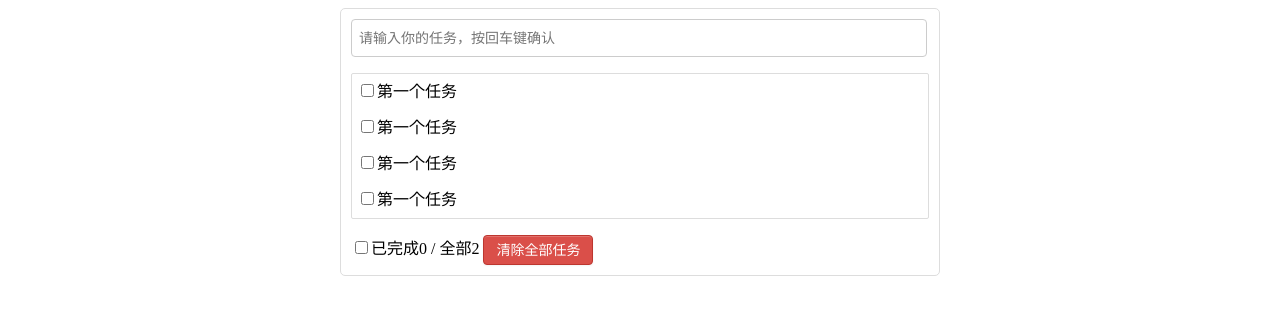
Repository: Lixianlai-2/The-journey-of-learning-Vue
Page: / (app in afterVueCli/Vue_Test/)
These files come from the project's save history. The page is drawn as it stood at one moment and after the next save; the edit follows.
The browser window is 1280 px wide. The pictures show the whole page.
The project was rebuilt for these pictures with package versions that can differ from the ones it lists, and the page was loaded fresh each time.

Above is the page before, as saved 2022-04-14 19:56:30.

### afterVueCli/Vue_Test/src/main.js
import Vue from "vue";
import App from "./App.vue";

// 关闭生产模式提醒
Vue.config.productionTip = false;

new Vue({
  render: (h) => h(App),
}).$mount("#app");

### afterVueCli/Vue_Test/src/App.vue
<template>
  <div id="root">
    <div class="root">
      <div class="todo-container">
        <div class="todo-wrap">
          <myHeader />
          <myList />
          <myFooter />
        </div>
      </div>
    </div>
  </div>
</template>

<script>
import myHeader from "./components/myHeader.vue";
import myFooter from "./components/myFooter.vue";
import myList from "./components/myList.vue";

export default {
  name: "Root",
  components: {
    myHeader,
    myFooter,
    myList,
  },
};
</script>

<style lang="less">
/* 注意在App.vue里面，不用加scoped，因为这些样式要全局应用 */
/*base*/
body {
  background: #fff;
}
.btn {
  display: inline-block;
  padding: 4px 12px;
  margin-bottom: 0;
  font-size: 14px;
  line-height: 20px;
  text-align: center;
  vertical-align: middle;
  cursor: pointer;
  box-shadow: inset 0 1px 0 rgba(255, 255, 255, 0.2),
    0 1px 2px rgba(0, 0, 0, 0.05);
  border-radius: 4px;
}
.btn-danger {
  color: #fff;
  background-color: #da4f49;
  border: 1px solid #bd362f;
}
.btn-danger:hover {
  color: #fff;
  background-color: #bd362f;
}
.btn:focus {
  outline: none;
}
.todo-container {
  width: 600px;
  margin: 0 auto;
}
.todo-container .todo-wrap {
  padding: 10px;
  border: 1px solid #ddd;
  border-radius: 5px;
}
</style>

### afterVueCli/Vue_Test/src/components/myHeader.vue
<template>
  <div>
    <div class="todo-header">
      <input type="text" placeholder="请输入你的任务，按回车键确认" />
    </div>
  </div>
</template>

<script>
export default {
  name: "Header",
};
</script>

<style scoped>
/*header*/
.todo-header input {
  width: 560px;
  height: 28px;
  font-size: 14px;
  border: 1px solid #ccc;
  border-radius: 4px;
  padding: 4px 7px;
}

.todo-header input:focus {
  outline: none;
  border-color: rgba(82, 168, 236, 0.8);
  box-shadow: inset 0 1px 1px rgba(0, 0, 0, 0.075),
    0 0 8px rgba(82, 168, 236, 0.6);
}
</style>

### afterVueCli/Vue_Test/src/components/myFooter.vue
<template>
  <div>
    <label>
      <input type="checkbox" />
    </label>
    <span> <span>已完成0</span> / 全部2 </span>
    <button class="btn btn-danger">清除全部任务</button>
  </div>
</template>

<script>
export default {
  name: "Footer",
};
</script>

<style scoped>
/*footer*/
.todo-footer {
  height: 40px;
  line-height: 40px;
  padding-left: 6px;
  margin-top: 5px;
}

.todo-footer label {
  display: inline-block;
  margin-right: 20px;
  cursor: pointer;
}

.todo-footer label input {
  position: relative;
  top: -1px;
  vertical-align: middle;
  margin-right: 5px;
}

.todo-footer button {
  float: right;
  margin-top: 5px;
}
</style>

### afterVueCli/Vue_Test/src/components/myList.vue
<template>
  <ul class="todo-main">
    <!-- 用props -->
    <myItem />
    <myItem />
    <myItem />
    <myItem />
  </ul>
</template>

<script>
import myItem from "./myItem.vue";

export default {
  name: "List",
  components: {
    myItem,
  },
};
</script>

<style scoped>
/*main*/
.todo-main {
  margin-left: 0px;
  border: 1px solid #ddd;
  border-radius: 2px;
  padding: 0px;
}

.todo-empty {
  height: 40px;
  line-height: 40px;
  border: 1px solid #ddd;
  border-radius: 2px;
  padding-left: 5px;
  margin-top: 10px;
}
</style>

### afterVueCli/Vue_Test/src/components/myItem.vue
<template>
  <div>
    <li>
      <label>
        <input type="checkbox" />
        <span>第一个任务</span>
      </label>
      <!-- 隐藏删除按钮 -->
      <button class="btn btn-danger" style="display: none">删除</button>
    </li>
  </div>
</template>

<script>
export default {
  name: "Item",
};
</script>

<style scoped>
/*item*/
li {
  list-style: none;
  height: 36px;
  line-height: 36px;
  padding: 0 5px;
  border-bottom: 1px solid #ddd;
}

li label {
  float: left;
  cursor: pointer;
}

li label li input {
  vertical-align: middle;
  margin-right: 6px;
  position: relative;
  top: -1px;
}

li button {
  float: right;
  display: none;
  margin-top: 3px;
}

li:before {
  content: initial;
}

li:last-child {
  border-bottom: none;
}

li:hover {
  background-color: #ddd;
}

li:hover button {
  display: block;
}
</style>

Loaded but not shown: afterVueCli/Vue_Test/public/index.html (common file)

After the next save:
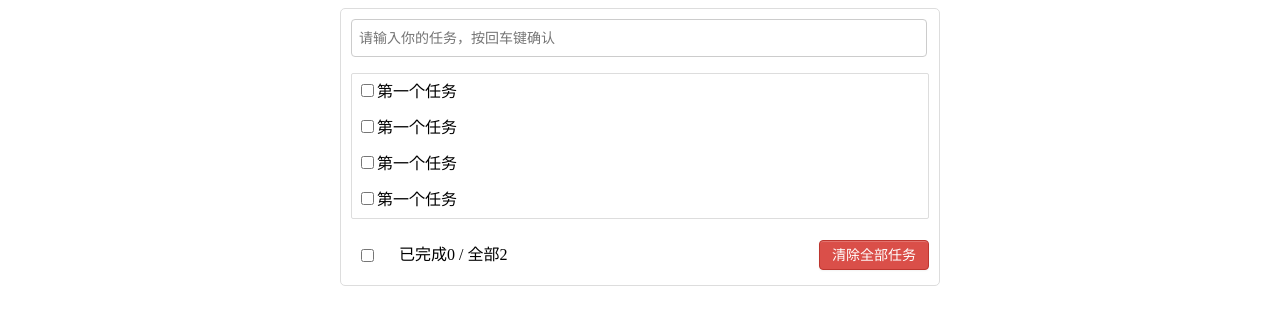
Saved 74 s later.
--- a/afterVueCli/Vue_Test/src/components/myFooter.vue
+++ b/afterVueCli/Vue_Test/src/components/myFooter.vue
@@ -1,5 +1,5 @@
 <template>
-  <div>
+  <div class="todo-footer">
     <label>
       <input type="checkbox" />
     </label>
